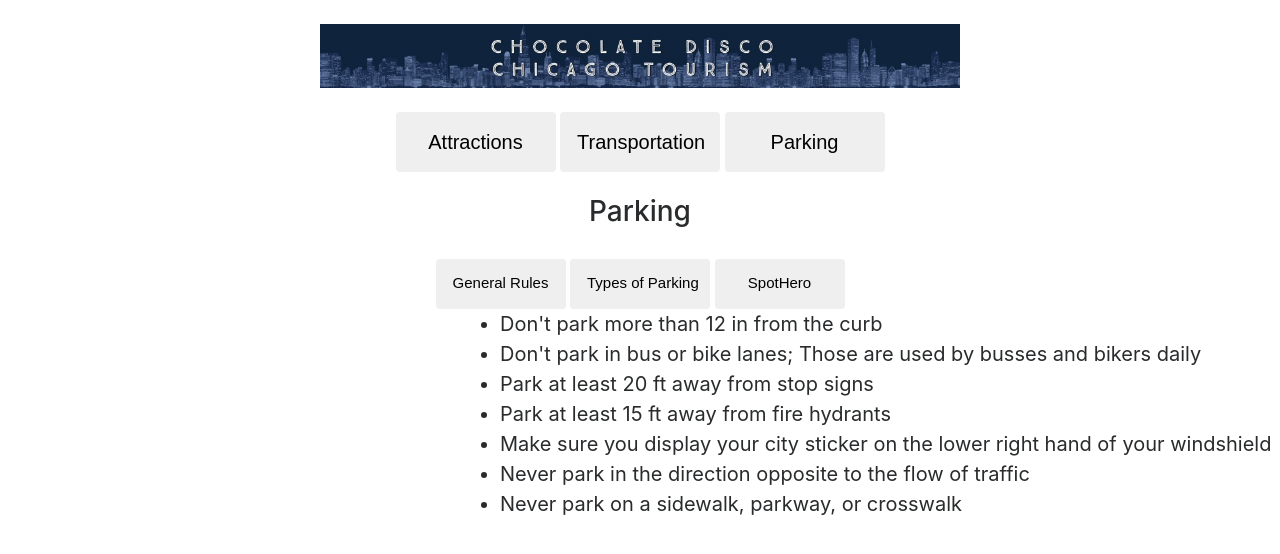
Repository: rkodit2/cs422project
Page: parking.html
These files come from the project's save history. The page is drawn as it stood at one moment and after the next save; the edit follows.
The browser window is 1280 px wide. The pictures show the whole page.

Above is the page before, as saved 2021-11-03 20:01:25.

### parking.html
<!DOCTYPE html>
<html>
    <head>
        <title>Chocolate Disco Chicago Tourism</title>
        <link rel="stylesheet" href=
        "https://maxcdn.bootstrapcdn.com/bootstrap/4.0.0-alpha.6/css/bootstrap.css">
        <link rel="stylesheet" href="homepage.css">

    </head>
    <body>

        <br>
        <div id="banner">
          <img src="pictures/banner3.jpg" alt="mainpage banner" class = "center" onclick="location.href='homepage.html';">
        </div>

         <br>
        <div class= "button-center">
            <button type ="button" id="Attractions" class="btn" onclick="location.href='attractions.html';" style="width: 160px; height: 60px; font-size: 20px;"> Attractions </button>
            <button type ="button" id="Transportation" class="btn" onclick="location.href='transportation.html';" style="width: 160px; height: 60px; font-size: 20px"> Transportation </button>
            <button type ="button" id="Parking" class="btn" onclick="location.href='parking.html';" style="width: 160px; height: 60px; font-size: 20px;"> Parking </button>
        </div>
        <br>
        <h3 style="text-align: center;"> Parking </h2>
        <br>

        <div class= "button-center">
                <button type ="button" id="Attractions" class="btn" onclick="location.href='#';" style="width: 130px; height: 50px; font-size: 15px;"> General Rules </button>
                <button type ="button" id="Transportation" class="btn" onclick="location.href='#';" style="width: 140px; height: 50px; font-size: 15px"> Types of Parking </button>
                <button type ="button" id="Parking" class="btn" onclick="location.href='#';" style="width: 130px; height: 50px; font-size: 15px;"> SpotHero </button>
            </div>

            <ul style="padding-left: 500px;">
                <li>Don't park more than 12 in from the curb</li>

                <li>Don't park in bus or bike lanes; Those are used by busses and bikers daily</li>

                <li>Park at least 20 ft away from stop signs</li>

                <li>Park at least 15 ft away from fire hydrants </li>

                <li>Make sure you display your city sticker on the lower right hand of your windshield</li>

                <li>Never park in the direction opposite to the flow of traffic</li>

                <li>Never park on a sidewalk, parkway, or crosswalk</li>
            </ul>

    </body>
</html>

### homepage.css
.button-center {
    text-align: center;
  }

.viewMore {
    display: flex;
    vertical-align: middle;
}
.center {
  display: block;
  margin-left: auto;
  margin-right: auto;
  width: 50%;
}
.gmap{
  display: flex;
  vertical-align: middle;
}

ul li{
  font-size:20px;
 }

After the next save:
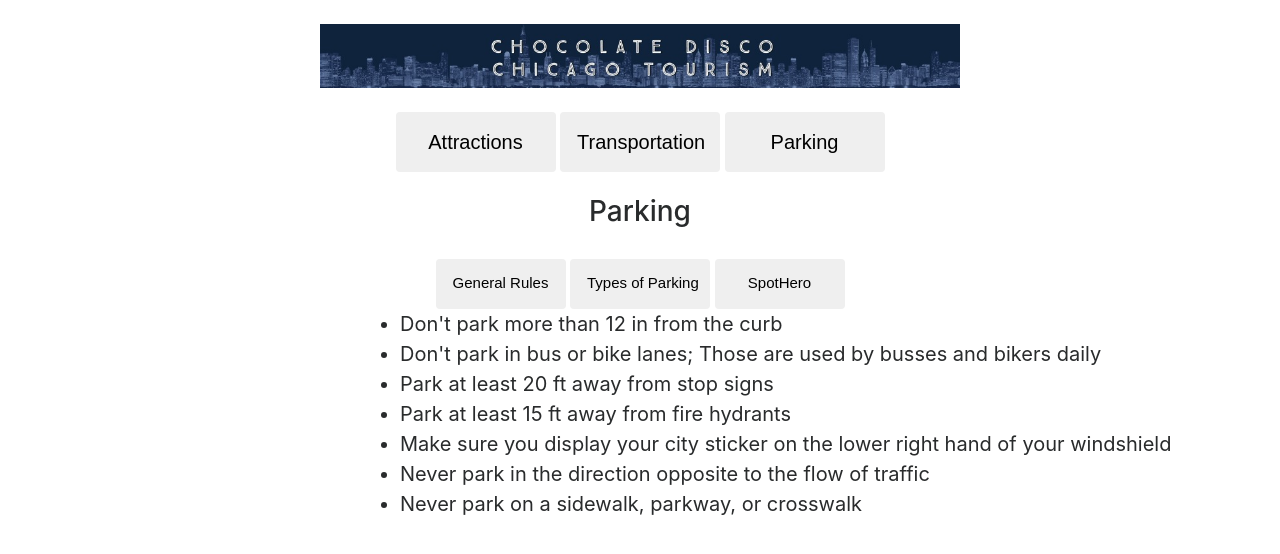
Saved 5 s later.
--- a/parking.html
+++ b/parking.html
@@ -30,7 +30,7 @@
                 <button type ="button" id="Parking" class="btn" onclick="location.href='#';" style="width: 130px; height: 50px; font-size: 15px;"> SpotHero </button>
             </div>
 
-            <ul style="padding-left: 500px;">
+            <ul style="padding-left: 400px;">
                 <li>Don't park more than 12 in from the curb</li>
 
                 <li>Don't park in bus or bike lanes; Those are used by busses and bikers daily</li>
